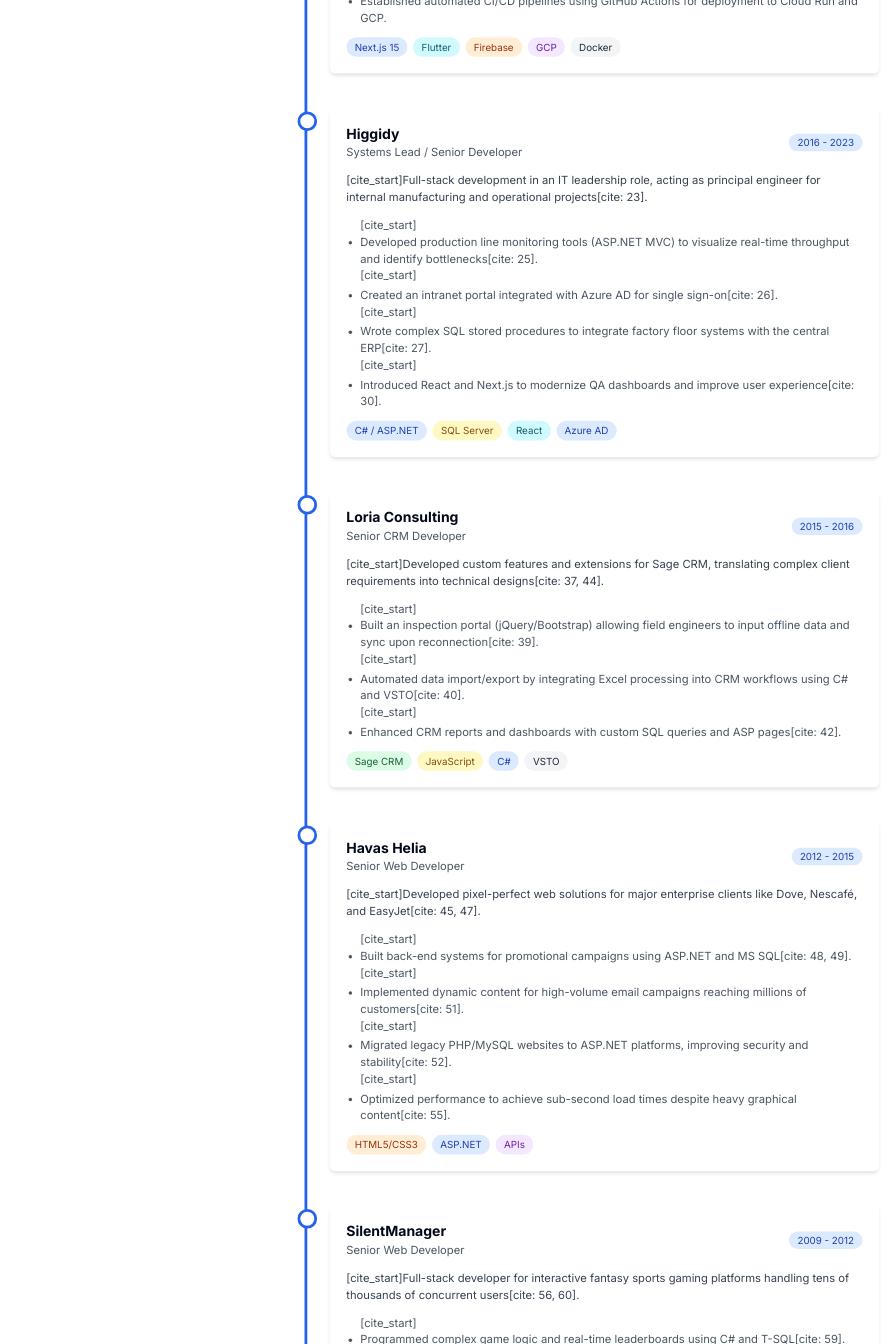
Repository: DaLexisX/WaddingBondWebsite
Page: /experience
The author's editor kept a copy of each file at every save. The page is drawn from the files as they stood at one save, then again after the next save.
The browser window is 1280 px wide. The pictures show the part of the page from y = 723 to 2643 px (the page is 4701 px tall before and 4557 px after), at 70% of full size.
The project was rebuilt for these pictures with package versions that can differ from the ones it lists, and the page was loaded fresh each time. The framework's server and built-in components were replaced by stand-ins that run in the browser. Also part of the build but not shown: next.config.ts.

Above is the page before, as saved 2025-11-30 16:04:16.

After the next save:
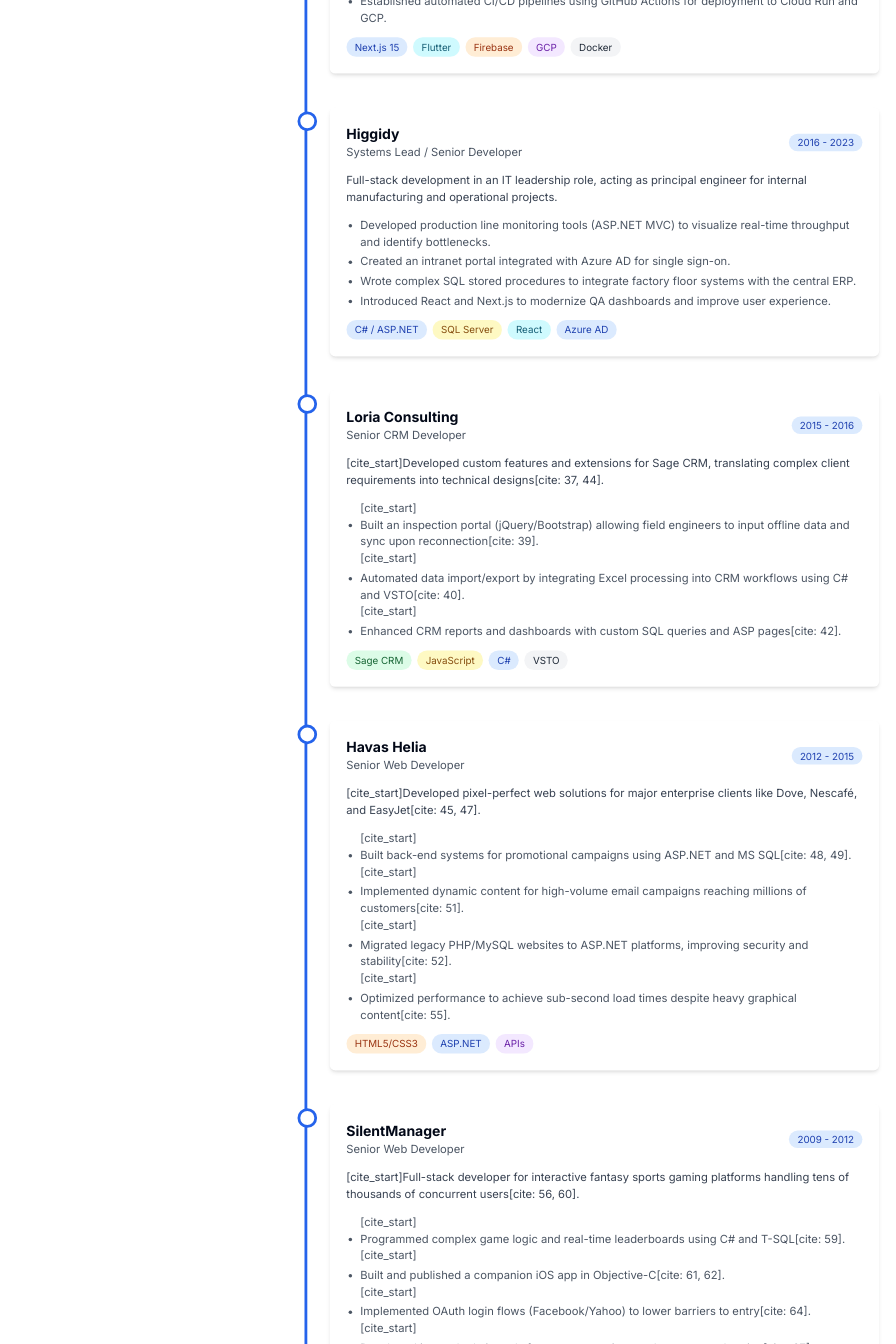
Saved 5 s later.
--- a/src/app/experience/page.tsx
+++ b/src/app/experience/page.tsx
@@ -74,13 +74,13 @@
                       </div>
                     </div>
                     <p className="text-gray-700 mb-4">
-                      [cite_start]Full-stack development in an IT leadership role, acting as principal engineer for internal manufacturing and operational projects[cite: 23].
-                    </p>
-                    <ul className="list-disc pl-5 space-y-1 text-gray-600 mb-4">
-                      [cite_start]<li>Developed production line monitoring tools (ASP.NET MVC) to visualize real-time throughput and identify bottlenecks[cite: 25].</li>
-                      [cite_start]<li>Created an intranet portal integrated with Azure AD for single sign-on[cite: 26].</li>
-                      [cite_start]<li>Wrote complex SQL stored procedures to integrate factory floor systems with the central ERP[cite: 27].</li>
-                      [cite_start]<li>Introduced React and Next.js to modernize QA dashboards and improve user experience[cite: 30].</li>
+                      Full-stack development in an IT leadership role, acting as principal engineer for internal manufacturing and operational projects.
+                    </p>
+                    <ul className="list-disc pl-5 space-y-1 text-gray-600 mb-4">
+                      <li>Developed production line monitoring tools (ASP.NET MVC) to visualize real-time throughput and identify bottlenecks.</li>
+                      <li>Created an intranet portal integrated with Azure AD for single sign-on.</li>
+                      <li>Wrote complex SQL stored procedures to integrate factory floor systems with the central ERP.</li>
+                      <li>Introduced React and Next.js to modernize QA dashboards and improve user experience.</li>
                     </ul>
                     <div className="flex flex-wrap gap-2">
                       <span className="bg-blue-100 text-blue-800 px-3 py-1 rounded-full text-sm">C# / ASP.NET</span>
